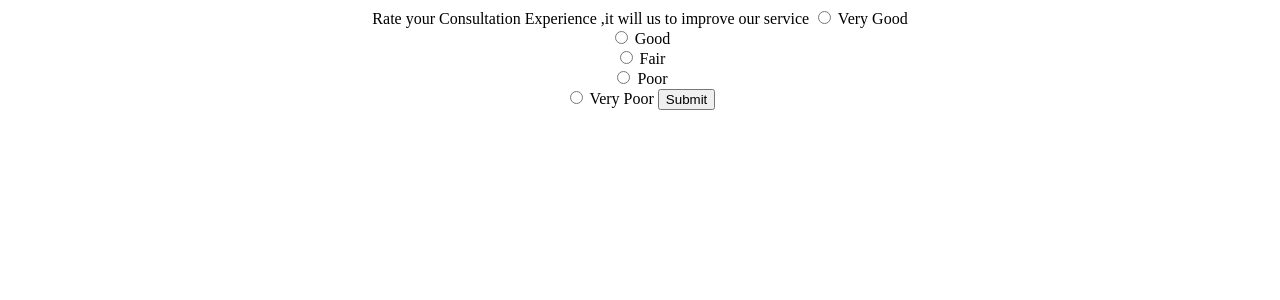
Repository: anujsoni10001/JSP-Servlet
Page: http://localhost/Minor/Rate.jsp
An editor plug-in stored every save of this project. The page is shown before and after the next save, followed by the edit.
The browser window is 1280 px wide. The pictures show the whole page.
The page is served by Tomcat 9. Other server files are loaded and not shown.

Above is the page before, as saved 2019-03-22 14:34:48.

### FinalProject/minor - Copy/Minor/WebContent/Rate.jsp
<%
String a_id=request.getParameter("a_id");
%>
<%@ page language="java" contentType="text/html; charset=ISO-8859-1"
    pageEncoding="ISO-8859-1"%>
<!DOCTYPE html PUBLIC "-//W3C//DTD HTML 4.01 Transitional//EN" "http://www.w3.org/TR/html4/loose.dtd">
<html>
<head>
<meta http-equiv="Content-Type" content="text/html; charset=ISO-8859-1">
<title>Insert title here</title>
</head>
<body>
<form align="center">
<input type="hidden" value=<%=a_id%>>
Rate your Consultation Experience ,it will us to improve our service
<input type="radio" name="rate" value="Very Good"> Very Good <br>
<input type="radio" name="rate" value="Good"> Good <br>
<input type="radio" name="rate" value="Fair"> Fair <br>
<input type="radio" name="rate" value="Poor"> Poor <br>
<input type="radio" name="rate" value="Very Poor"> Very Poor
<input type="submit">
</form>
</body>
</html>

After the next save:
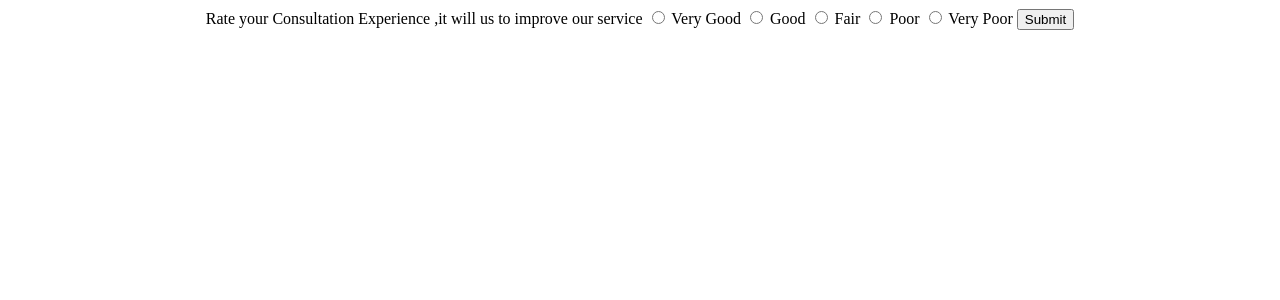
Saved 19 s later.
--- a/FinalProject/minor - Copy/Minor/WebContent/Rate.jsp
+++ b/FinalProject/minor - Copy/Minor/WebContent/Rate.jsp
@@ -13,10 +13,10 @@ String a_id=request.getParameter("a_id");
 <form align="center">
 <input type="hidden" value=<%=a_id%>>
 Rate your Consultation Experience ,it will us to improve our service
-<input type="radio" name="rate" value="Very Good"> Very Good <br>
-<input type="radio" name="rate" value="Good"> Good <br>
-<input type="radio" name="rate" value="Fair"> Fair <br>
-<input type="radio" name="rate" value="Poor"> Poor <br>
+<input type="radio" name="rate" value="Very Good"> Very Good
+<input type="radio" name="rate" value="Good"> Good
+<input type="radio" name="rate" value="Fair"> Fair
+<input type="radio" name="rate" value="Poor"> Poor
 <input type="radio" name="rate" value="Very Poor"> Very Poor
 <input type="submit">
 </form>
